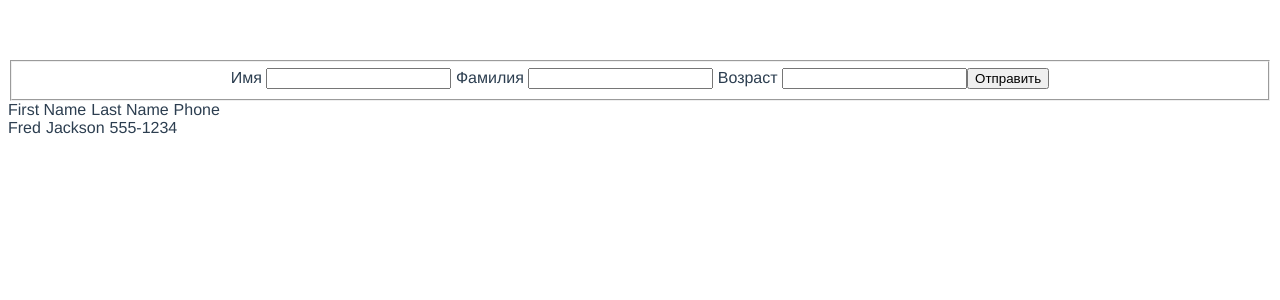
Repository: shum89/test-vue-table
Page: /
These files come from the project's save history. The page is drawn as it stood at one moment and after the next save; the edit follows.
The browser window is 1280 px wide. The pictures show the whole page.
The project was rebuilt for these pictures with package versions that can differ from the ones it lists, and the page was loaded fresh each time. Also part of the build but not shown: vue.config.js.

Above is the page before, as saved 2021-07-17 14:32:20.

### src/App.vue
<template>
  <form>
    <fieldset>
      <label for="firstName">
        Имя
        <input type="text" id="firstName" />
      </label>

      <label for="lastName">
        Фамилия
        <input type="text" id="lastName" />
      </label>
      <label for="age">
        Возраст
        <input type="number" id="age" />
      </label>
      <button type="submit">Отправить</button>
    </fieldset>
  </form>
  <div class="table" role="grid" aria-colcount="3">
    <div class="table__row-group" role="rowgroup">
      <div class="table__row" role="row">
        <span role="columnheader" aria-colindex="1">First Name</span>
        <span role="columnheader" aria-colindex="2">Last Name</span>
        <span role="columnheader" aria-colindex="3">Phone</span>
      </div>
      <div role="rowgroup">
        <div class="table__row" role="row">
          <span role="gridcell" aria-colindex="1">Fred</span>
          <span role="gridcell" aria-colindex="2">Jackson</span>
          <span role="gridcell" aria-colindex="3">555-1234</span>
        </div>
      </div>
    </div>
    <div role="row"></div>
  </div>
</template>

<script>
export default {
  name: 'App',
  components: {},
};
</script>

<style>
#app {
  font-family: Avenir, Helvetica, Arial, sans-serif;
  -webkit-font-smoothing: antialiased;
  -moz-osx-font-smoothing: grayscale;
  text-align: center;
  color: #2c3e50;
  margin-top: 60px;
}
.table__row {
  display: flex;
  gap: 5px;
}
</style>

Loaded but not shown: public/index.html (common file); src/main.js (common file)

After the next save:
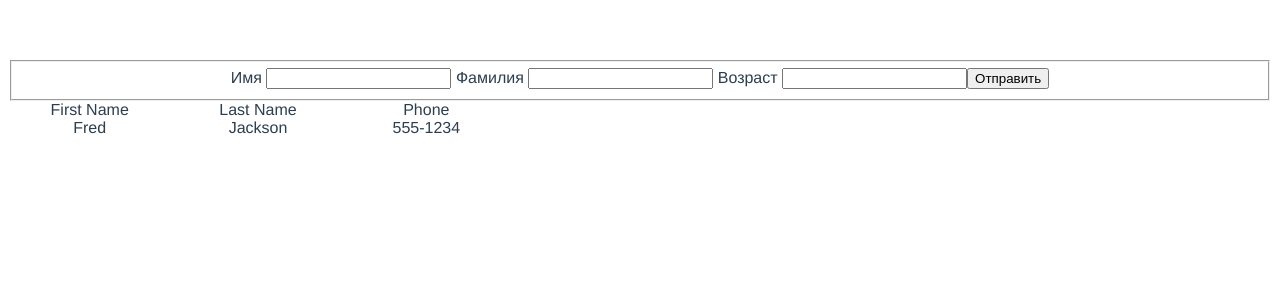
Saved 3 min 49 s later.
--- a/src/App.vue
+++ b/src/App.vue
@@ -53,7 +53,10 @@ export default {
   margin-top: 60px;
 }
 .table__row {
-  display: flex;
+  display: grid;
   gap: 5px;
+  grid-template-columns: repeat(3, 1fr);
+  justify-content: center;
+  max-width: 500px;
 }
 </style>
